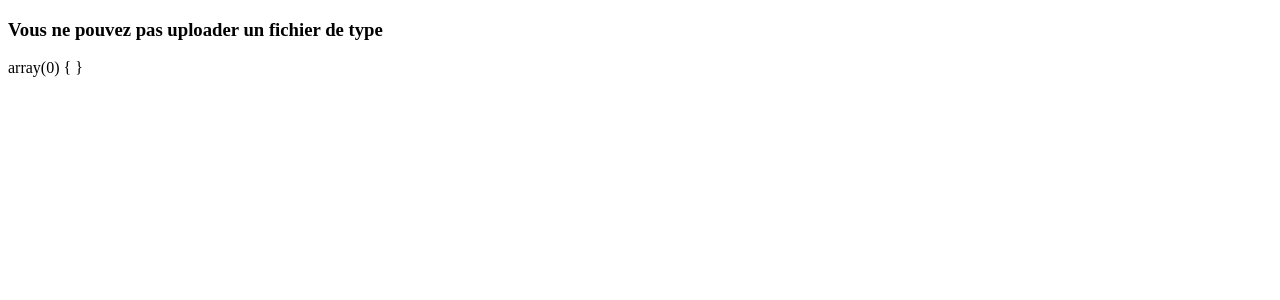
Repository: Kepsondiaz/Khint-Esp
Page: http://localhost/src/pass1.php
These files come from the project's save history. The page is drawn as it stood at one moment and after the next save; the edit follows.
The browser window is 1280 px wide. The pictures show the whole page.
The page is run by PHP 8.4 with error messages shown; the project is at /var/www/html/.

Above is the page before, as saved 2022-04-02 09:56:14.

After the next save:
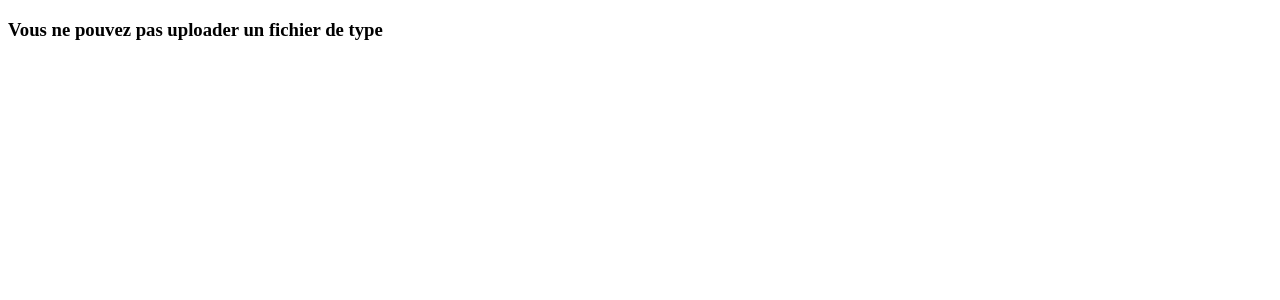
Saved 56 s later.
--- a/src/pass1.php
+++ b/src/pass1.php
@@ -11,7 +11,6 @@
             echo "<h3>";
             echo "Vous ne pouvez pas uploader un fichier de type ";
             echo "</h3>";
-            var_dump($_FILES);
     ?>
 
 </body>
